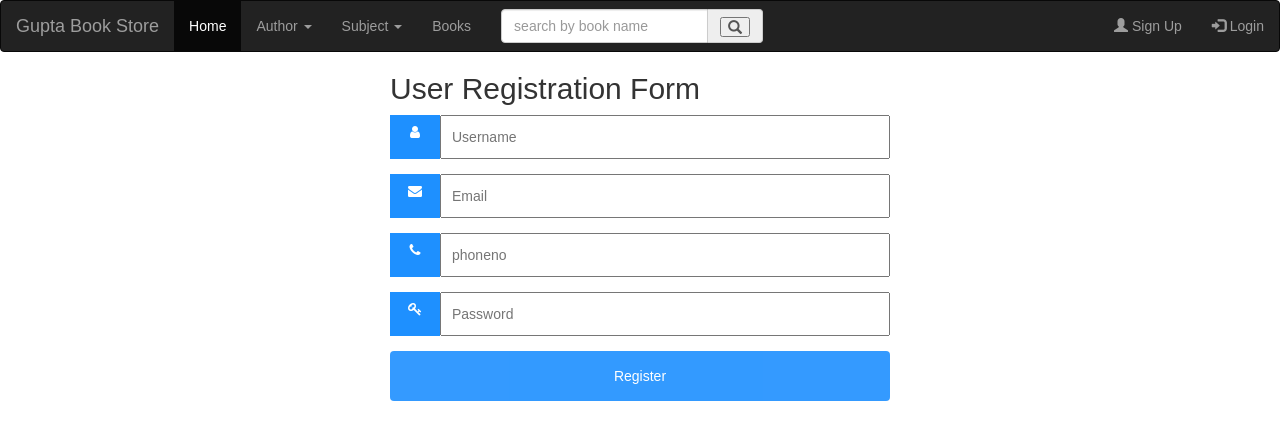
Repository: GuptaBook/NewGuptaBookStore
Page: http://localhost/NewGuptaBookStore/views/customer/CustRegis.jsp
An editor plug-in stored every save of this project. The page is shown before and after the next save, followed by the edit.
The browser window is 1280 px wide. The pictures show the whole page.
The page is served by Tomcat 9.

Above is the page before, as saved 2018-10-24 12:49:31.

After the next save:
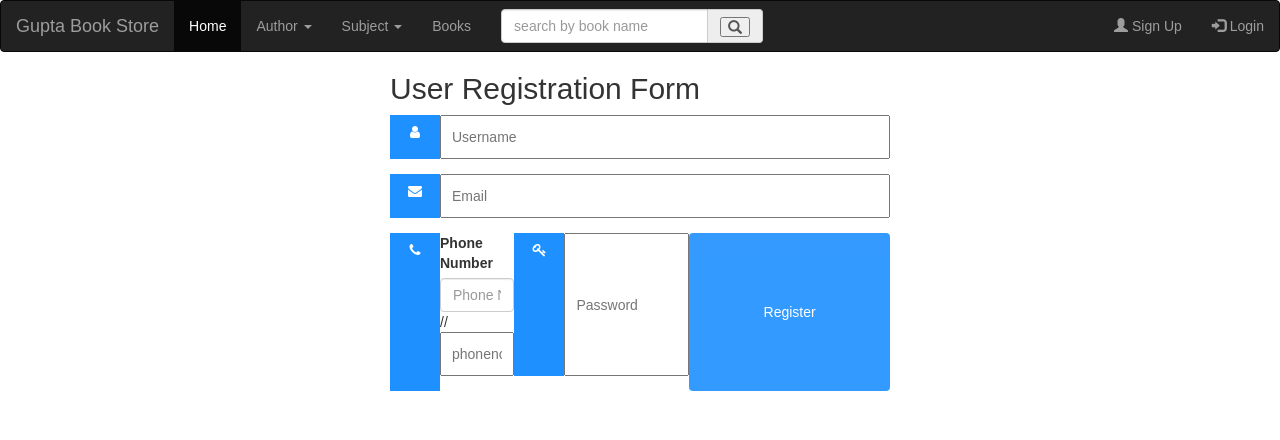
Saved 5 min 35 s later.
--- a/NewGuptaBookStore/WebContent/views/customer/CustRegis.jsp
+++ b/NewGuptaBookStore/WebContent/views/customer/CustRegis.jsp
@@ -94,7 +94,11 @@
 </script>
   <div class="input-container">
     <i class="fa fa-phone icon"></i>
-    <input class="input-field" type="text"   pattern=".{10}" title="Enter Valid Mob No"  placeholder="phoneno" name="phoneno" required>
+     <div class="form-group">
+        <label for="phone_no">Phone Number</label>
+        <input type="text" name="phoneno" data-validation="number" data-validation-allowing="negative,number" input name="color" data-validation="number" datavalidation-ignore="$" required="required" class="form-control" id="phone_no" placeholder="Phone Number">
+
+    //<input class="input-field" type="text"   pattern=".{10}" title="Enter Valid Mob No"  placeholder="phoneno" name="phoneno" required>
   </div>
   <div class="input-container">
     <i class="fa fa-key icon"></i>

After the 2 saves that followed:
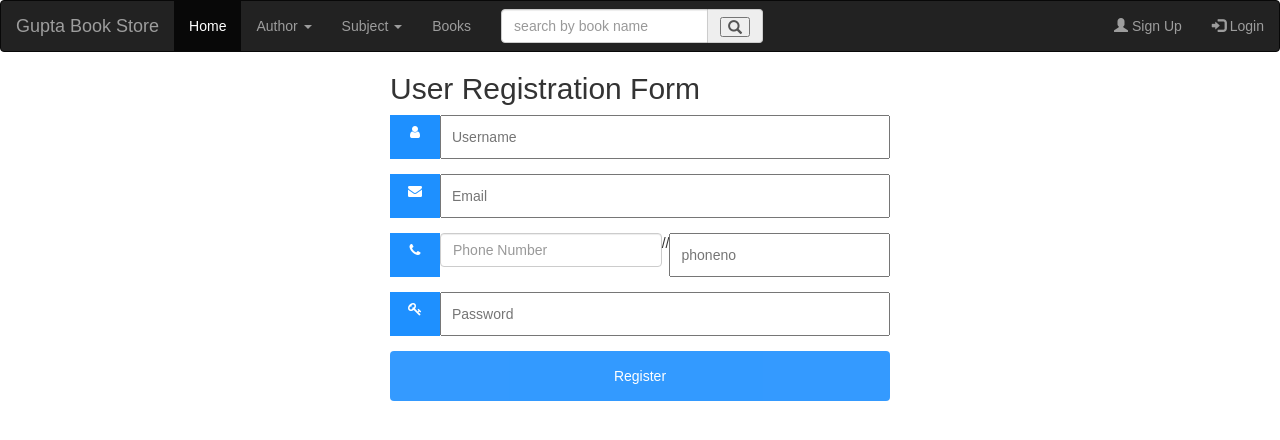
The 2 saves are shown as one change because 1 left the picture as it was.
The last was saved 49 s later.
--- a/NewGuptaBookStore/WebContent/views/customer/CustRegis.jsp
+++ b/NewGuptaBookStore/WebContent/views/customer/CustRegis.jsp
@@ -94,9 +94,7 @@
 </script>
   <div class="input-container">
     <i class="fa fa-phone icon"></i>
-     <div class="form-group">
-        <label for="phone_no">Phone Number</label>
-        <input type="text" name="phoneno" data-validation="number" data-validation-allowing="negative,number" input name="color" data-validation="number" datavalidation-ignore="$" required="required" class="form-control" id="phone_no" placeholder="Phone Number">
+        <input type="text" name="phoneno" data-validation="number" data-validation-allowing="negative,number" input name="color" data-validation="number" datavalidation-ignore="$" required="required" class="form-control" id="phoneno" placeholder="Phone Number">
 
     //<input class="input-field" type="text"   pattern=".{10}" title="Enter Valid Mob No"  placeholder="phoneno" name="phoneno" required>
   </div>
